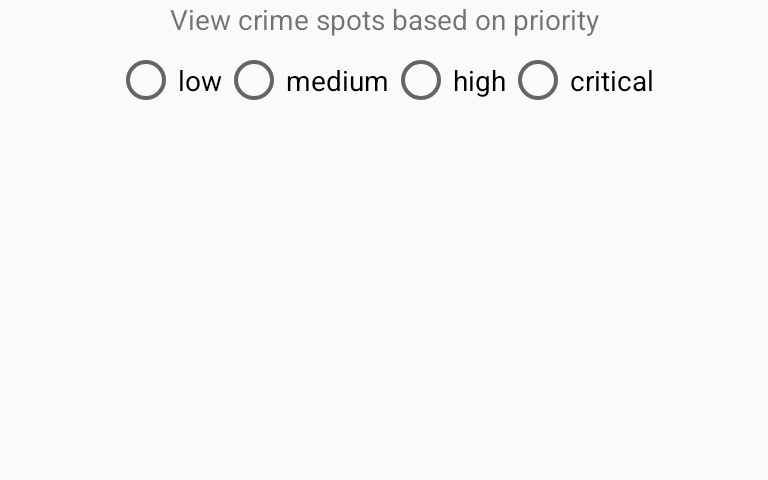
Repository: Pseudos/crowd-tidbits
Layout: crowd-tidbits/res/layout/receive.xml
These files come from the project's save history. The layout is drawn as it stood at one moment and after the next save; the edit follows.
The pictures show rows 800 to 1280 of an output 1280 px tall.
It is drawn on a 768 x 1280 px phone screen (xhdpi) without system bars, with theme AppTheme; the app's code is not run.

Above is the layout before, as saved 2015-09-29 17:19:57.

After the next save:
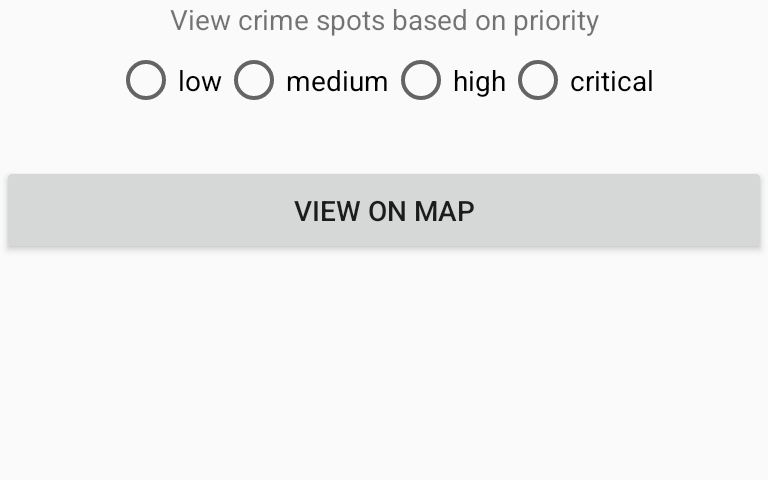
Saved 63 s later.
--- a/crowd-tidbits/res/layout/receive.xml
+++ b/crowd-tidbits/res/layout/receive.xml
@@ -58,6 +58,15 @@
 
 		     </RadioGroup>
 
+		     <Button
+		        android:id="@+id/receive"
+		        android:layout_width="fill_parent"
+		        android:layout_height="wrap_content"
+		        android:layout_marginTop="20dp"
+		        android:paddingLeft="20dp"
+		        android:paddingRight="20dp"
+		        android:text="View on map"
+		      />
 
 		    </LinearLayout>
     </ScrollView>
